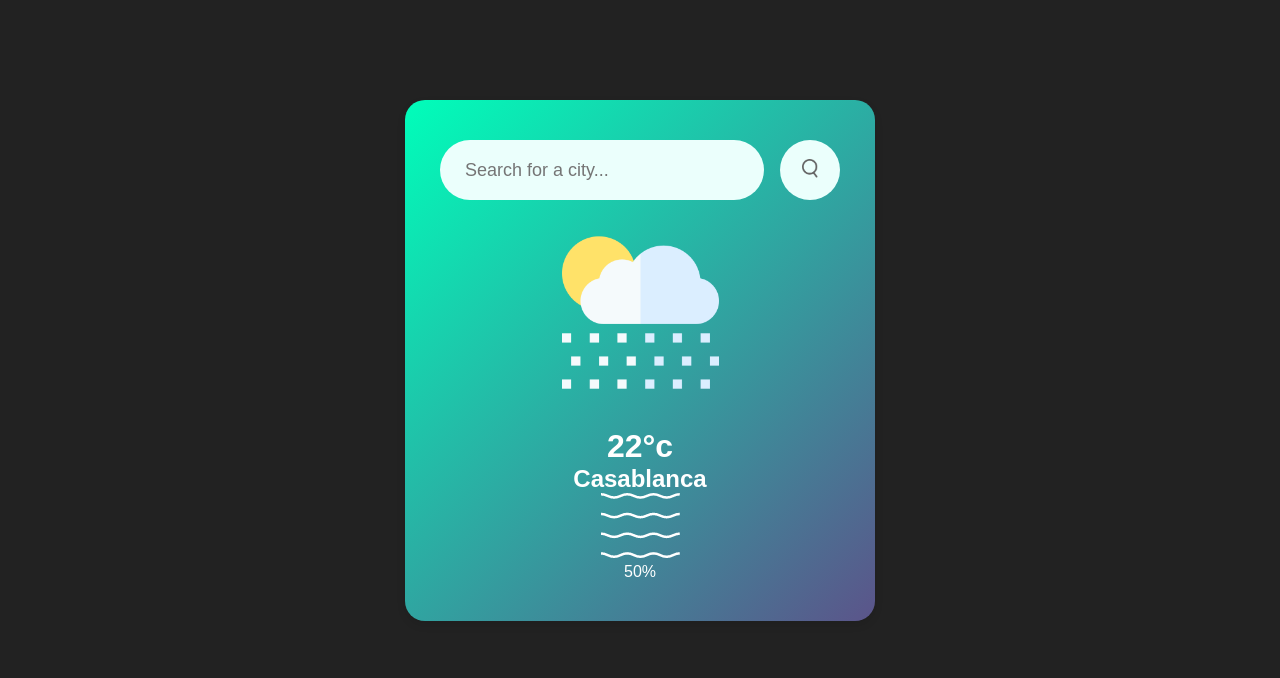
Repository: Abdelilah-Lakrim/Weather-App
Page: index.html
An editor plug-in stored every save of this project. The page is shown before and after the next save, followed by the edit.
The browser window is 1280 px wide. The pictures show the whole page.

Above is the page before, as saved 2025-06-17 11:14:02.

After the next save:
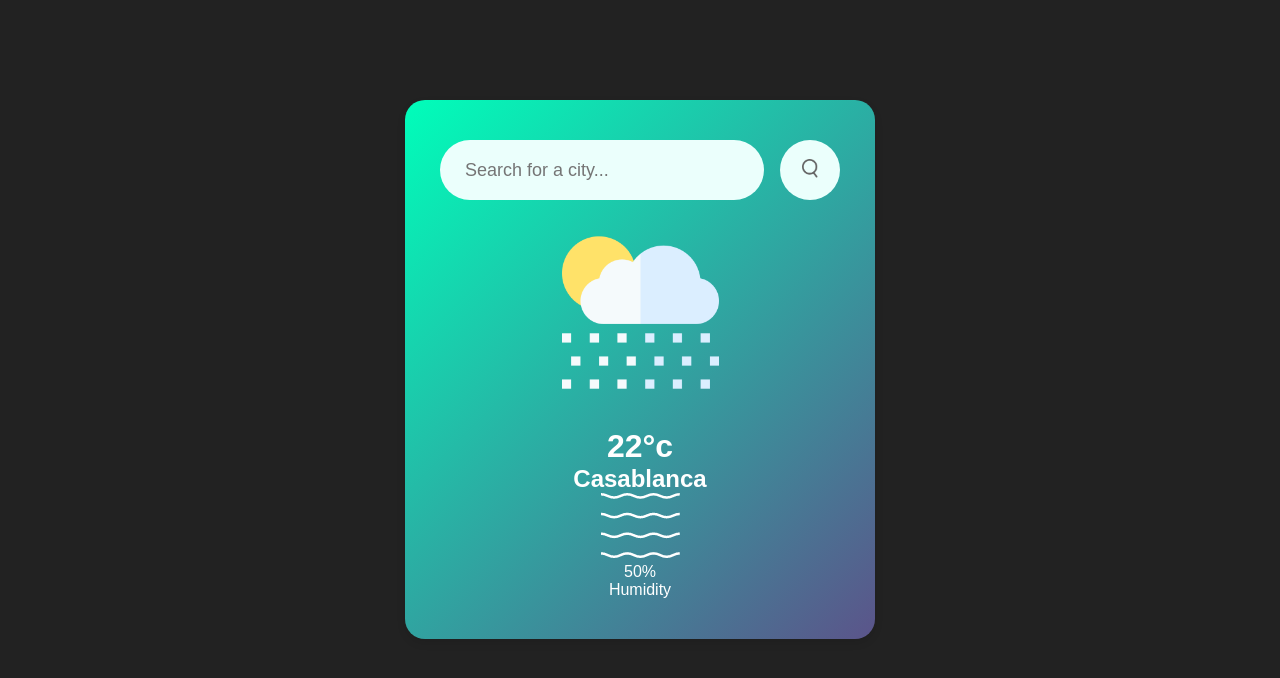
Saved 4 s later.
--- a/index.html
+++ b/index.html
@@ -21,7 +21,7 @@
                     <img src="images/humidity.png">
                     <div>
                         <p class="humidity">50%</p>
-                        <p></p>
+                        <p>Humidity</p>
                     </div>
                 </div>
             </div>
